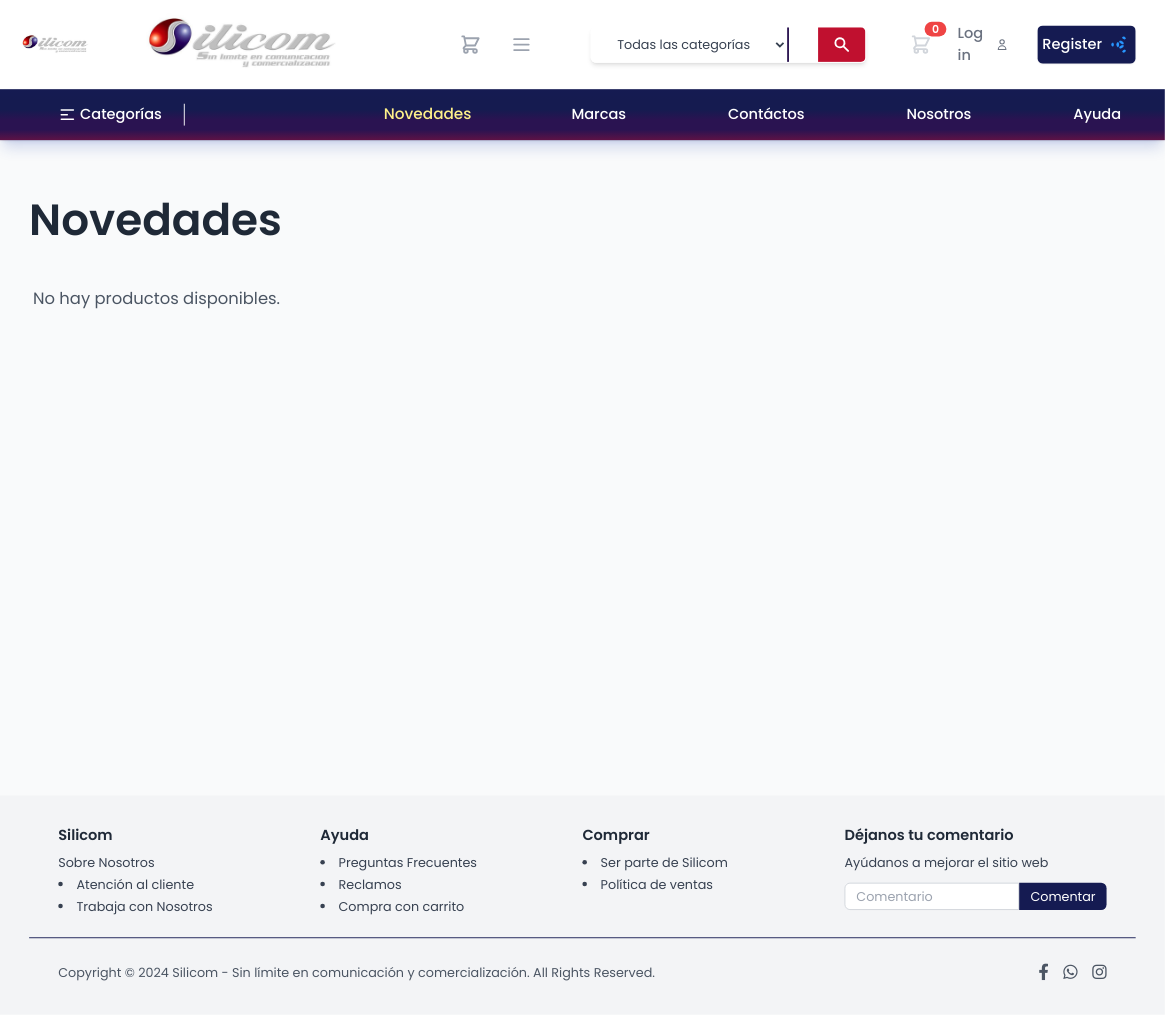
Repository: Francovg18/ecommerce
Page: /news
These files come from the project's save history. The page is drawn as it stood at one moment and after the next save; the edit follows.
The browser window is 1280 px wide. The pictures show the whole page, at 91% of full size.
The page's requests for data from a server got no answer. The project was rebuilt for these pictures with package versions that can differ from the ones it lists, and the page was loaded fresh each time. No one was signed in, and anything a server would have sent is missing. Also part of the build but not shown: src/components/home/Banner.js, src/components/home/ProductsArrival.js, src/components/home/ProductsSold.js, src/redux/actions/brands.js, src/components/home/Brand.js, src/components/home/Product.js, src/containers/Home.jsx, src/containers/errors/Error404.jsx and 35 more. Imported but missing from the stored project, and not drawn on this page: src/containers/pages/ContactUs.

Above is the page before, as saved 2025-01-28 19:12:29.

After the next save:
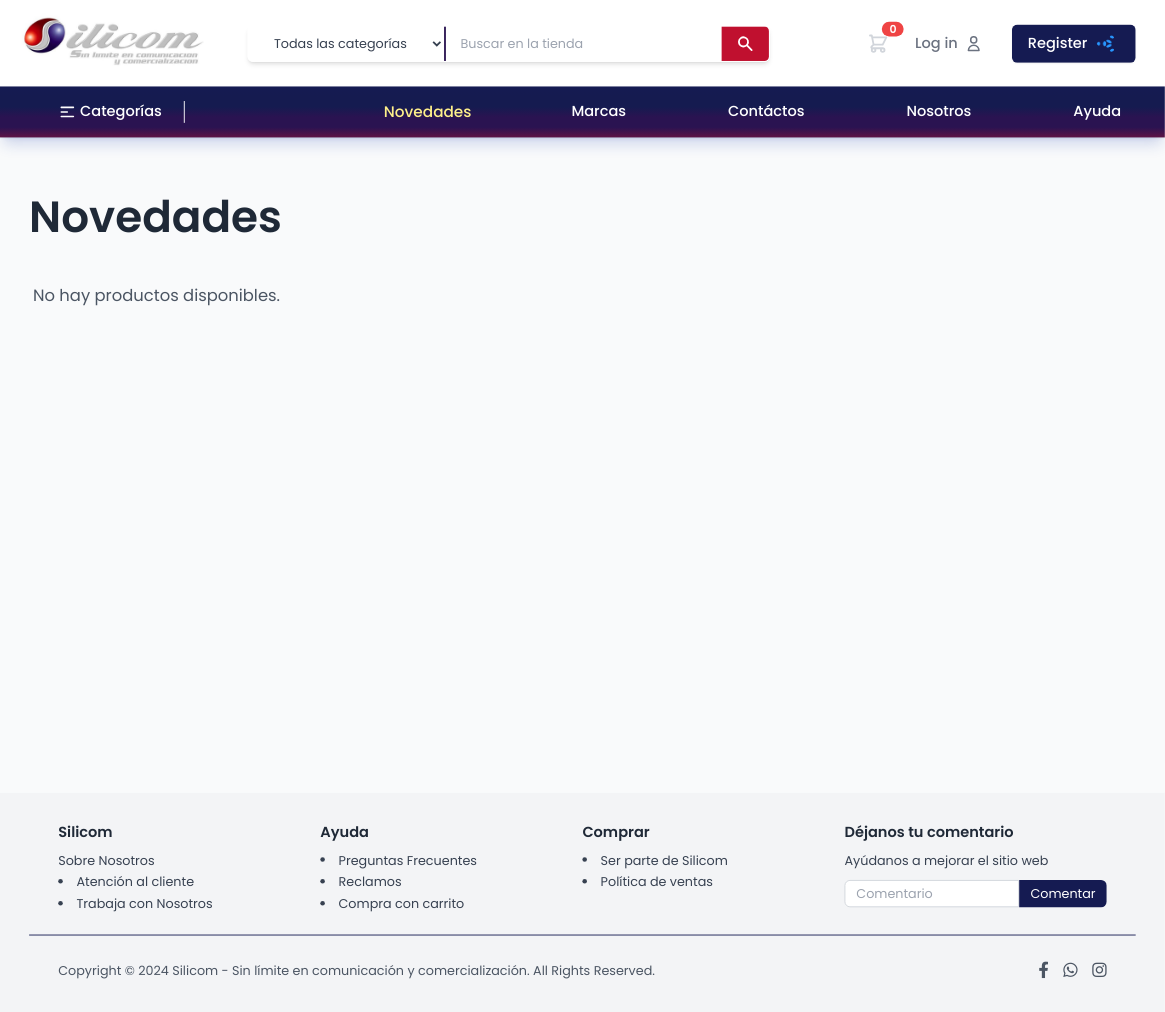
Saved 26 s later.
--- a/src/components/navigation/Navbar.js
+++ b/src/components/navigation/Navbar.js
@@ -239,32 +239,39 @@ function Navbar({
           </Link>
 
           </div>
-          <div className="flex items-center justify-between w-full px-4">
-  {/* Logo alineado a la izquierda */}
-  <Link to="/" className="flex">
-    <img
-      className="h-auto w-40 sm:w-52"
-      src={logo}
-      alt="Logo"
-    />
-  </Link>
-
-  {/* Iconos alineados a la derecha */}
-  <div className="flex items-center space-x-4">
-    <Link
-      to="/cart"
-      className="bg-white rounded-md p-2 inline-flex items-center justify-center text-gray-400 hover:text-gray-500 hover:bg-gray-100 focus:outline-none focus:ring-2 focus:ring-inset"
-    >
-      <span className="sr-only">Carrito</span>
-      <ShoppingCartIcon className="h-6 w-6" aria-hidden="true" />
-    </Link>
-    <Popover.Button className="bg-white rounded-md p-2 inline-flex items-center justify-center text-gray-400 hover:text-gray-500 hover:bg-gray-100 focus:outline-none focus:ring-2 focus:ring-inset focus:ring-indigo-500">
-      <span className="sr-only">Menú</span>
-      <MenuIcon className="h-6 w-6" aria-hidden="true" />
-    </Popover.Button>
-  </div>
-</div>
-
+          <div className="flex flex-col items-center space-y-4  md:hidden">
+            <div className="flex items-center justify-between w-full px-5">
+            <Link to="/" className="flex ">
+              <img
+                className="h-auto w-52 mr-48"
+                src={logo}
+                alt="Logo"
+              />
+            </Link>
+            <div className="flex items-center space-x-4 ml-auto">
+              <Link
+                to="/cart"
+                className="bg-white rounded-md p-2 inline-flex items-center justify-center text-gray-400 hover:text-gray-500 hover:bg-gray-100 focus:outline-none focus:ring-2 focus:ring-inset"
+              >
+                <span className="sr-only">Open menu</span>
+                <ShoppingCartIcon className="h-6 w-6" aria-hidden="true" />
+              </Link>
+              <Popover.Button className="bg-white rounded-md p-2 inline-flex items-center justify-center text-gray-400 hover:text-gray-500 hover:bg-gray-100 focus:outline-none focus:ring-2 focus:ring-inset focus:ring-indigo-500">
+                <span className="sr-only">Open menu</span>
+                <MenuIcon className="h-6 w-6" aria-hidden="true" />
+              </Popover.Button>
+            </div>
+          </div>
+
+            <div className="w-full px-4">
+                <SearchBox
+                  search={search}
+                  onChange={onChange}
+                  onSubmit={onSubmit}
+                  categories={categories}
+                />
+            </div>
+          </div>
     {/* Contenedor para pantallas  grandes */}
     <div className="hidden md:flex-1 md:flex md:items-center md:justify-between">
       <Popover.Group as="nav" className="flex space-x-10">
